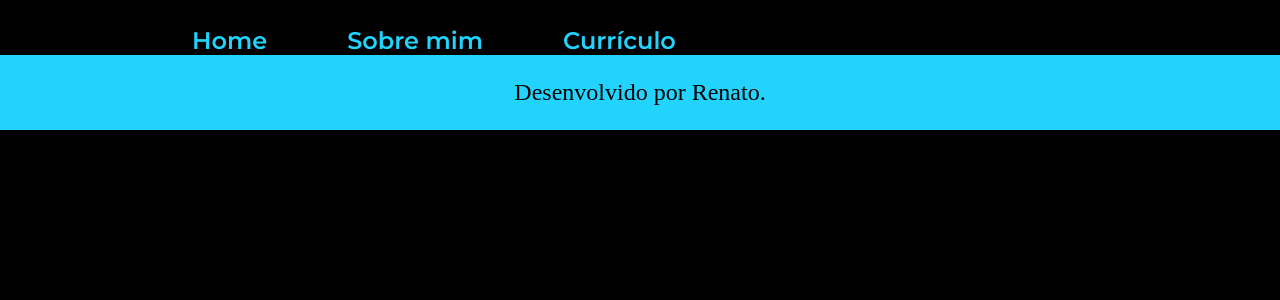
Repository: RenatoCCS/Portfolio_Alura
Page: curriculo.html
These files come from the project's save history. The page is drawn as it stood at one moment and after the next save; the edit follows.
The browser window is 1280 px wide. The pictures show the whole page.

Above is the page before, as saved 2023-03-06 15:00:25.

### curriculo.html
<!DOCTYPE html>
<html lang="pt-br">
  <head>
    <meta charset="UTF-8" />
    <meta http-equiv="X-UA-Compatible" content="IE=edge" />
    <meta name="viewport" content="width=device-width, initial-scale=1.0" />
    <title>Currículo</title>
    <link rel="stylesheet" href="./styles/style.css" />
  </head>

  <body>
    <header class="cabecalho">
      <nav class="cabecalho__menu">
        <a class="cabecalho__menu__link" href="index.html">Home</a>
        <a class="cabecalho__menu__link" href="about.html">Sobre mim</a>
        <a class="cabecalho__menu__link" href="curriculo.html">Currículo</a>
      </nav>
    </header>

    <main>
      <section>
        <h1></h1>
      </section>
    </main>

    <footer class="rodape"><p>Desenvolvido por Renato.</p></footer>
  </body>
</html>

### styles/style.css
@import url('https://fonts.googleapis.com/css2?family=Krona+One&family=Montserrat:wght@400;600&display=swap');

* {
  margin: 0;
  padding: 0;
}

body {
  /* height: 100vh; */
  box-sizing: border-box;
  background-color: #000000;
  color: #f6f6f6;
}

.cabecalho {
  padding: 2% 0% 0% 15%;
}

.cabecalho__menu {
  display: flex;
  gap: 80px;
}

.cabecalho__menu__link {
  font-family: 'Montserrat', sans-serif;
  font-size: 24px;
  font-weight: 600;
  color: #22d4fd;
  text-decoration: none;
}

.apresentacao {
  padding: 5% 15%;
  display: flex;
  align-items: center;
  justify-content: space-between;
}

.apresentacao__conteudo {
  width: 615px;
  display: flex;
  flex-direction: column;
  gap: 40px;
}

.apresentacao__conteudo__titulo {
  font-size: 36px;
  font-family: 'Krona One', sans-serif;
}

.titulo-destaque {
  color: #22d4fd;
}

.apresentacao__conteudo__texto {
  font-size: 24px;
  font-family: 'Montserrat', sans-serif;
}

.apresentacao__links {
  display: flex;
  flex-direction: column;
  justify-content: space-between;
  align-items: center;
  gap: 32px;
}

.apresentacao__links__subtitulo {
  font-family: 'Krona One', sans-serif;
  font-weight: 400;
  font-size: 24px;
}

.apresentacao__links__link {
  /* background-color: #22d4fd; foi trocado o estilo*/
  display: flex;
  justify-content: center;
  gap: 16px;
  border: 2px solid #22d4fd;
  width: 378px;
  text-align: center;
  border-radius: 8px;
  font-size: 24px;
  font-weight: 600;
  padding: 21.5px 0;
  text-decoration: none;
  color: #f6f6f6;
  font-family: 'Montserrat', sans-serif;
}

.apresentacao__links__link:hover {
  background-color: #272727;
}

/*Utilizei minha foto e fui adaptando de acordo com o tamanho da outra foto*/
.apresentacao__foto {
  height: 550px;
  width: 490px;
  left: 1032px;
  top: 253px;
  border-radius: 16px;
}

.rodape {
  padding: 24px;
  color: #000000;
  background-color: #22d4fd;
  text-align: center;
  font-family: 'Montserrat' sans-serif;
  font-size: 24px;
  font-weight: 400;
}

After the next save:
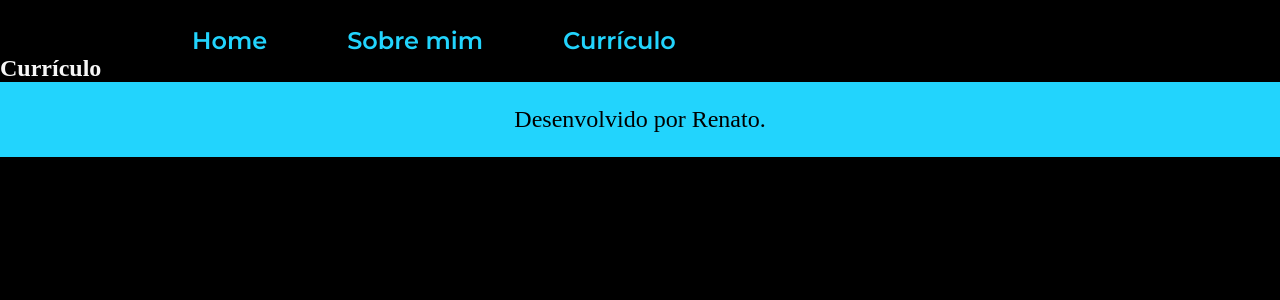
Saved 9 s later.
--- a/curriculo.html
+++ b/curriculo.html
@@ -19,7 +19,7 @@
 
     <main>
       <section>
-        <h1></h1>
+        <h1>Currículo</h1>
       </section>
     </main>
 
